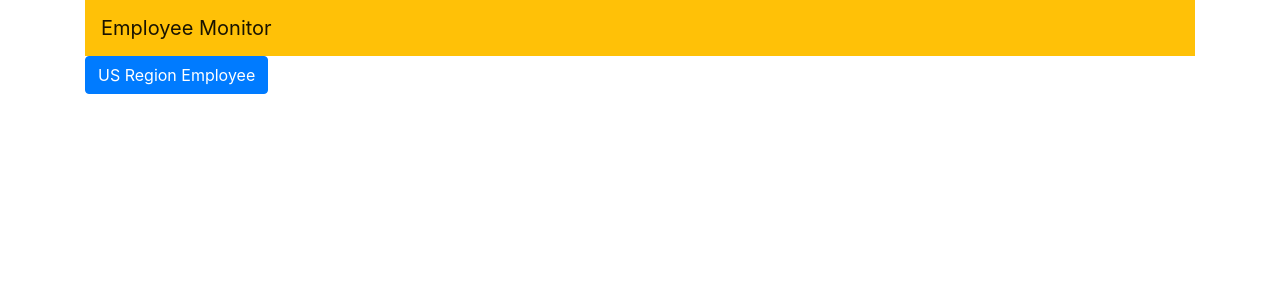
Repository: ward438/Employee_Monitor
Page: / (app in my-app/)
The author's editor kept a copy of each file at every save. The page is drawn from the files as they stood at one save, then again after a run of saves.
The browser window is 1280 px wide. The pictures show the whole page.
The page's requests for data from a server got no answer. The project was rebuilt for these pictures with package versions that can differ from the ones it lists, and the page was loaded fresh each time. No one was signed in, and anything a server would have sent is missing. Also part of the build but not shown: my-app/src/App.css, my-app/src/components/card.js.

Above is the page before, as saved 2021-06-12 16:49:55.

After the next 2 saves:
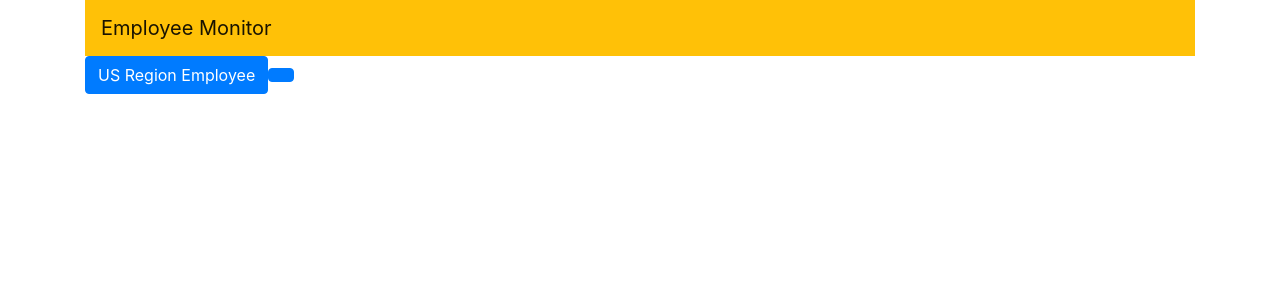
The 2 saves are shown as one change because 1 did not build or start.
The last was saved 73 s later.
--- a/my-app/src/App.js
+++ b/my-app/src/App.js
@@ -48,6 +48,11 @@ function App() {
           setEmployeesState(employees);
         });
       }}>US Region Employee</Button>
+      <Button onClick={() => {
+        getEmployees().then(employees=>{
+          setEmployeesState(employees)
+        })
+      }}></Button>
       {employees.results.map(employee => <Card key={employee.name} employee={employee} setEmployeesState={setEmployeesState}/>)}
 
 
